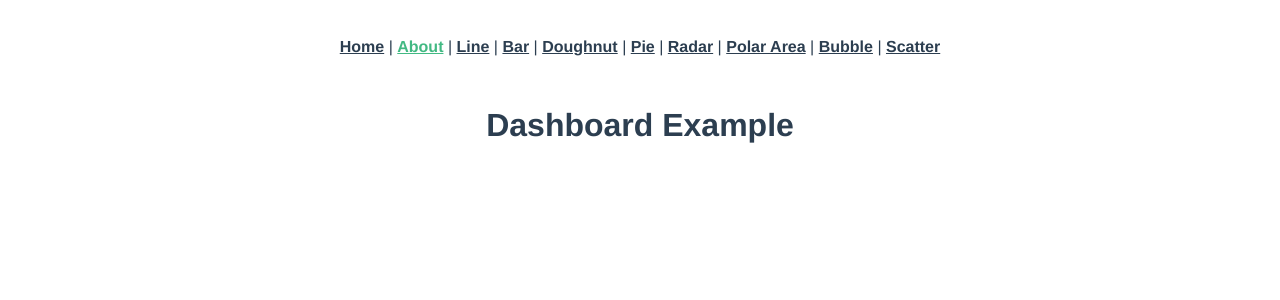
Repository: nashthecoder/vue_learn
Page: /about (app in client/)
These files come from the project's save history. The page is drawn as it stood at one moment and after the next save; the edit follows.
The browser window is 1280 px wide. The pictures show the whole page.
The project was rebuilt for these pictures with package versions that can differ from the ones it lists, and the page was loaded fresh each time. Imported but missing from the stored project, and not drawn on this page: client/src/views/Home.vue.

Above is the page before, as saved 2020-12-12 14:17:18.

### client/src/App.vue
<template>
  <div id="app">
    <div id="nav">
      <router-link to="/">Home</router-link> |
      <router-link to="/about">About</router-link> |
      <router-link to="/line">Line</router-link> |
      <router-link to="/bar">Bar</router-link> |
      <router-link to="/doughnut">Doughnut</router-link> |
      <router-link to="/pie">Pie</router-link> |
      <router-link to="/radar">Radar</router-link> |
      <router-link to="/polar-area">Polar Area</router-link> |
      <router-link to="/bubble">Bubble</router-link> |
      <router-link to="/scatter">Scatter</router-link>
    </div>
    <div class="container">
      <div class="row">
        <div class="col-12">
          <router-view />
        </div>
      </div>
    </div>
  </div>
</template>

<style>
#app {
  font-family: "Avenir", Helvetica, Arial, sans-serif;
  -webkit-font-smoothing: antialiased;
  -moz-osx-font-smoothing: grayscale;
  text-align: center;
  color: #2c3e50;
}
#nav {
  padding: 30px;
}

#nav a {
  font-weight: bold;
  color: #2c3e50;
}

#nav a.router-link-exact-active {
  color: #42b983;
}
</style>

### client/src/router.js
import Vue from "vue";
import VueRouter from "vue-router";
import Home from "./views/Home.vue";

Vue.use(VueRouter);

const routes = [
  {
    path: "/",
    name: "Home",
    component: Home
  },
  {
    path: "/about",
    name: "About",
    component: () => import("./views/About.vue")
  },
  {
    path: "/line",
    name: "Line",
    component: () => import("./views/Line.vue")
  },
  {
    path: "/bar",
    name: "Bar",
    component: () => import("./views/Bar.vue")
  },
  {
    path: "/doughnut",
    name: "Doughnut",
    component: () => import("./views/Doughnut.vue")
  },
  {
    path: "/pie",
    name: "Pie",
    component: () => import("./views/Pie.vue")
  },
  {
    path: "/radar",
    name: "Radar",
    component: () => import("./views/Radar.vue")
  },
  {
    path: "/polar-area",
    name: "PolarArea",
    component: () => import("./views/PolarArea.vue")
  },
  {
    path: "/bubble",
    name: "Bubble",
    component: () => import("./views/Bubble.vue")
  },
  {
    path: "/scatter",
    name: "Scatter",
    component: () => import("./views/Scatter.vue")
  }
];
const router = new VueRouter({
  mode: "history",
  base: process.env.BASE_URL,
  routes
});

export default router;

### client/src/views/About.vue
<template>
  <div class="about">
    <h1>Dashboard Example</h1>
  </div>
</template>

Loaded but not shown: client/public/index.html (common file); client/src/main.js (common file); client/src/registerServiceWorker.js (common file)

After the next save:
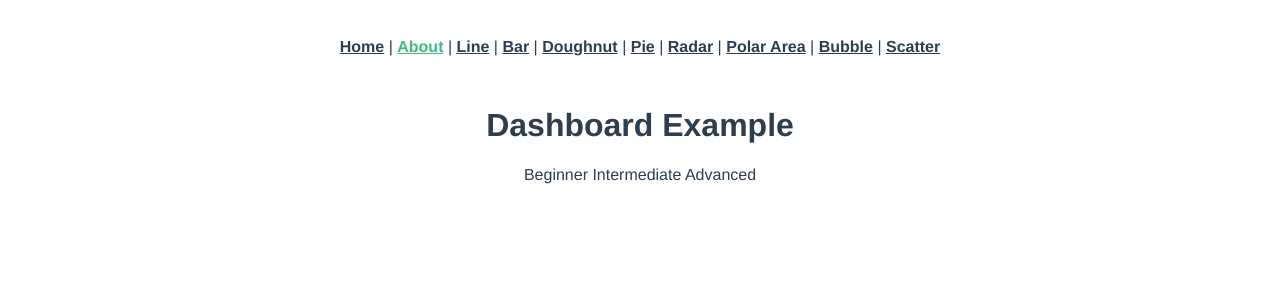
Saved 2 days later.
--- a/client/src/views/About.vue
+++ b/client/src/views/About.vue
@@ -1,5 +1,17 @@
 <template>
   <div class="about">
     <h1>Dashboard Example</h1>
+
+  <v-container>
+    <v-card-text>
+      Beginner
+    </v-card-text>
+    <v-card-text>
+      Intermediate
+    </v-card-text>
+    <v-card-text>
+      Advanced
+    </v-card-text>
+  </v-container>
   </div>
 </template>
